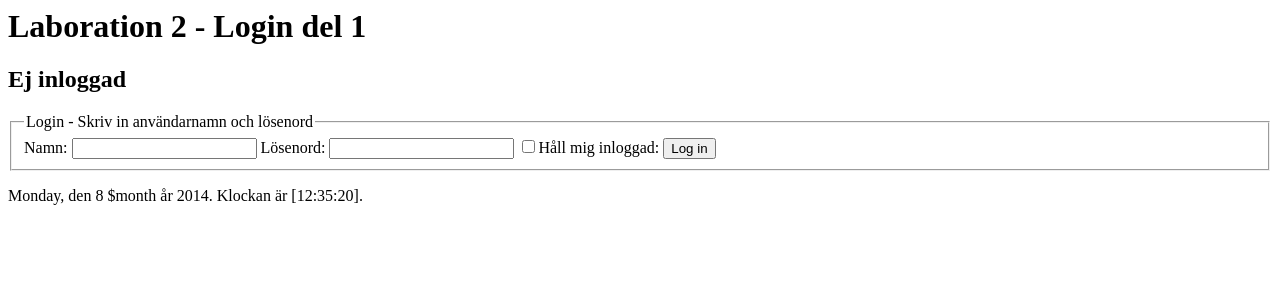
Repository: ed222an/1DV408-Laborationer
Page: http://localhost/
These files come from the project's save history. The page is drawn as it stood at one moment and after the next save; the edit follows.
The browser window is 1280 px wide. The pictures show the whole page.
The page is run by PHP 8.4 with error messages shown; the project is at /var/www/html/.

Above is the page before, as saved 2014-09-08 13:00:22.

After the next save:
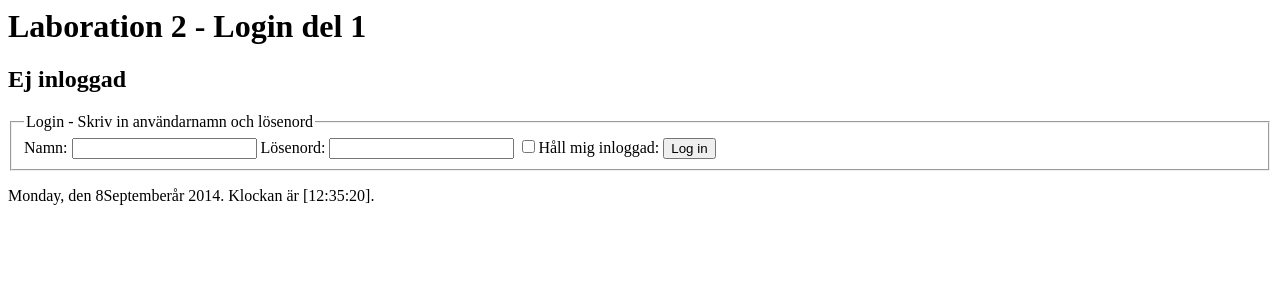
Saved 20 s later.
--- a/Labb2/Loginsystem/index.php
+++ b/Labb2/Loginsystem/index.php
@@ -27,7 +27,7 @@
 						<button type='submit' form='loginForm' value='Submit'>Log in</button>
 					</fieldset>
 				</form>
-				" . strftime('' . $weekDay . ', den ' . $format . ' $month år %Y. Klockan är [%H:%M:%S]') . ".
+				" . strftime('' . $weekDay . ', den ' . $format . ''. $month . 'år %Y. Klockan är [%H:%M:%S]') . ".
 			</body>
 		</html>";
 ?>
